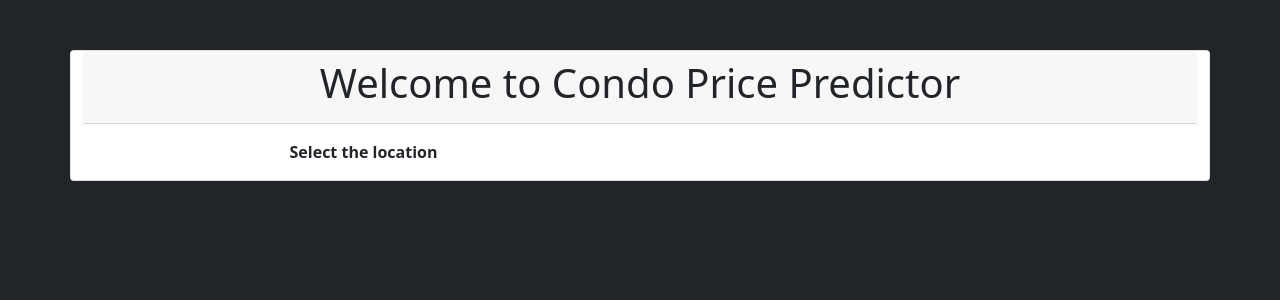
Repository: myothida/condoprice_CNX
Page: http://localhost/
These files come from the project's save history. The page is drawn as it stood at one moment and after the next save; the edit follows.
The browser window is 1280 px wide. The pictures show the whole page.
The page is served by the project's application, run on Flask 3 (main.py).

Above is the page before, as saved 2023-09-26 21:45:32.

### templates/index.html
<!DOCTYPE html>
<html lang="en">
  <head>
    <!-- Required meta tags -->
    <meta charset="utf-8" />
    <meta name="viewport" content="width=device-width, initial-scale=1" />

    <!-- Bootstrap CSS -->
    <link
      href="https://cdn.jsdelivr.net/npm/bootstrap@5.0.2/dist/css/bootstrap.min.css"
      rel="stylesheet"
      integrity="sha384-EVSTQN3/azprG1Anm3QDgpJLIm9Nao0Yz1ztcQTwFspd3yD65VohhpuuCOmLASjC"
      crossorigin="anonymous"
    />

    <title>Condo Price Predictor</title>
  </head>
  <body class="bg-dark">
    <div class="container">
      <div class="row">
        <div class="card" style="width: 100%; height: 100%; margin-top: 50px">
          <div class="card-header" style="text-align: center">
            <h1>Welcome to Condo Price Predictor</h1>
          </div>
          <div class="card-body">
            <form method="post" accept-charset="utf-8">
              <div class="row">
                <div class="col-md-6 form-group" style="text-align: center">
                  <label><b> Select the location </b> </label>
                </div>
              </div>
            </form>
          </div>
        </div>
      </div>
    </div>
  </body>
</html>

<!-- Option 2: Separate Popper and Bootstrap JS -->

<script
  src="https://cdn.jsdelivr.net/npm/@popperjs/core@2.9.2/dist/umd/popper.min.js"
  integrity="sha384-IQsoLXl5PILFhosVNubq5LC7Qb9DXgDA9i+tQ8Zj3iwWAwPtgFTxbJ8NT4GN1R8p"
  crossorigin="anonymous"
></script>
<script
  src="https://cdn.jsdelivr.net/npm/bootstrap@5.0.2/dist/js/bootstrap.min.js"
  integrity="sha384-cVKIPhGWiC2Al4u+LWgxfKTRIcfu0JTxR+EQDz/bgldoEyl4H0zUF0QKbrJ0EcQF"
  crossorigin="anonymous"
></script>

### main.py
from flask import Flask, render_template, request

app = Flask(__name__)


@app.route('/')
def index():
    return render_template('index.html')


if __name__ == "__main__":
    app.run(debug=True, port=5001)

After the next save:
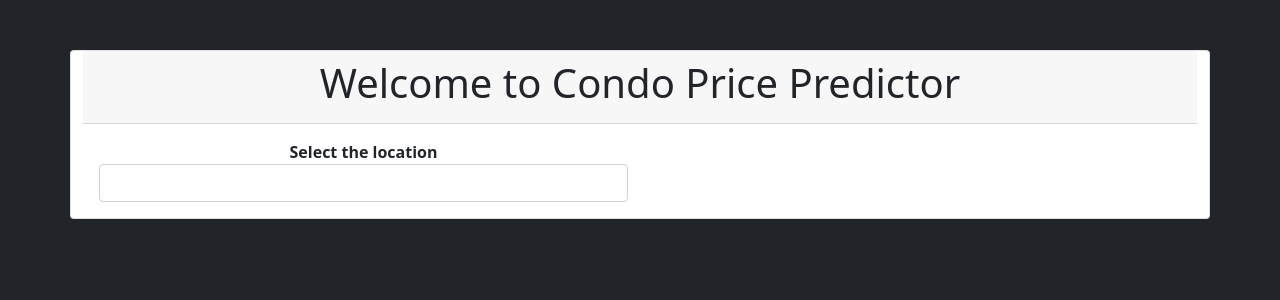
Saved 56 s later.
--- a/templates/index.html
+++ b/templates/index.html
@@ -27,6 +27,12 @@
               <div class="row">
                 <div class="col-md-6 form-group" style="text-align: center">
                   <label><b> Select the location </b> </label>
+                  <select
+                    class="select-picker form-control"
+                    id=""
+                    name=""
+                    require="1"
+                  ></select>
                 </div>
               </div>
             </form>
